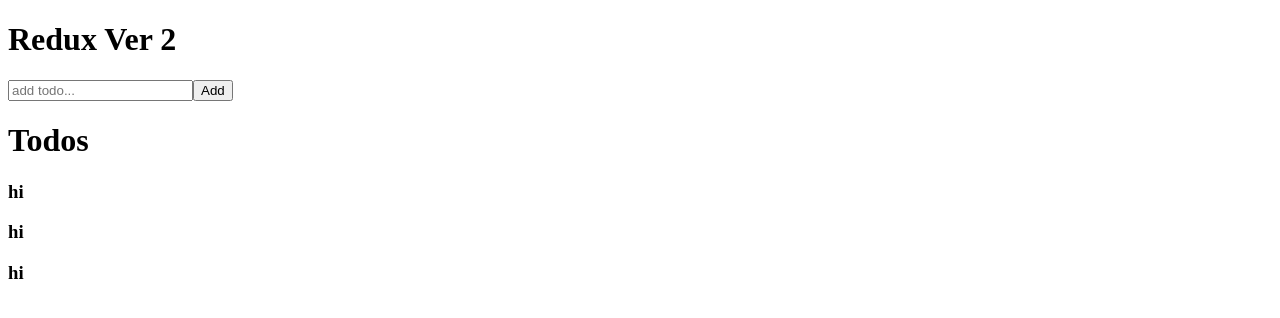
Repository: huynhnt1406/react-redux-tutorial
Page: / (app in redux-v2/)
An editor plug-in stored every save of this project. The page is shown before and after the next save, followed by the edit.
The browser window is 1280 px wide. The pictures show the whole page.
The project was rebuilt for these pictures with package versions that can differ from the ones it lists, and the page was loaded fresh each time.

Above is the page before, as saved 2021-06-19 02:44:53.

After the next save:
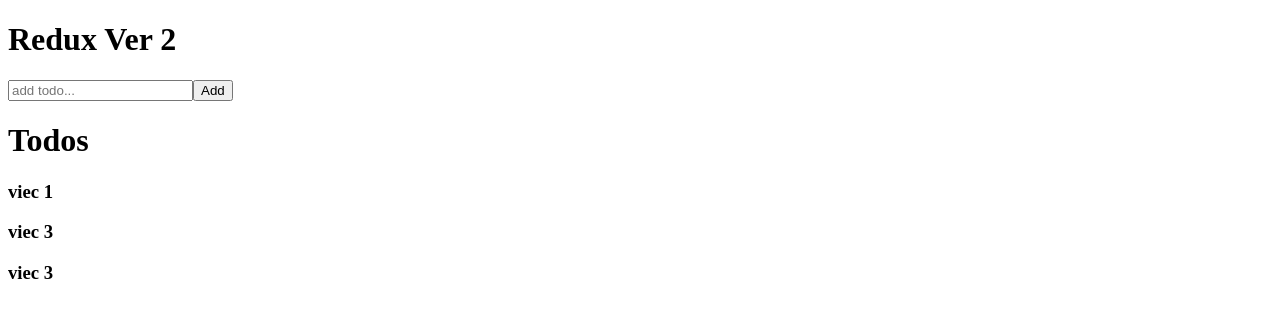
Saved 17 s later.
--- a/redux-v2/src/component/TodoItem.jsx
+++ b/redux-v2/src/component/TodoItem.jsx
@@ -2,10 +2,10 @@ import React from 'react'
 
 
 
-function TodoItem() {
+function TodoItem({id, title}) {
     return (
         <div>
-            <h3>hi</h3>
+            <h3>{title}</h3>
         </div>
     )
 }
